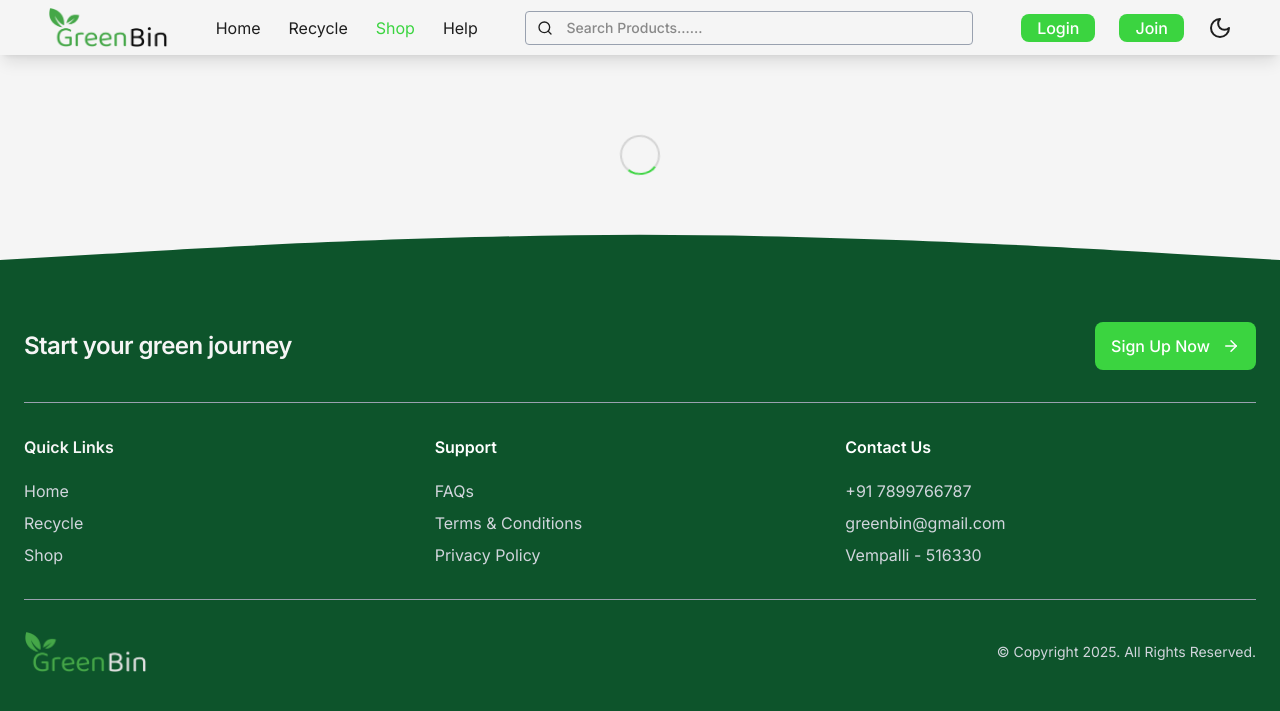
Repository: Siddhu123456/Plastic-Waste-Management
Page: /shop (app in frontend/)
The author's editor kept a copy of each file at every save. The page is drawn from the files as they stood at one save, then again after the next save.
The browser window is 1280 px wide. The pictures show the whole page.
The page's requests for data from a server got no answer. The project was rebuilt for these pictures with package versions that can differ from the ones it lists, and the page was loaded fresh each time. No one was signed in, and anything a server would have sent is missing. Also part of the build but not shown: frontend/vite.config.js, frontend/src/components/ProductCard.jsx, frontend/src/components/TrendingProductsCarousel.jsx, frontend/src/pages/Home.jsx, frontend/src/pages/customer/Recycle.jsx, frontend/src/components/CartItemCard.jsx, frontend/src/pages/customer/Cart.jsx, frontend/src/components/Modal.jsx and 13 more. Imported but missing from the stored project, and not drawn on this page: frontend/src/pages/Help, frontend/src/pages/customer/WishList.

Above is the page before, as saved 2025-05-06 16:34:53.

After the next save:
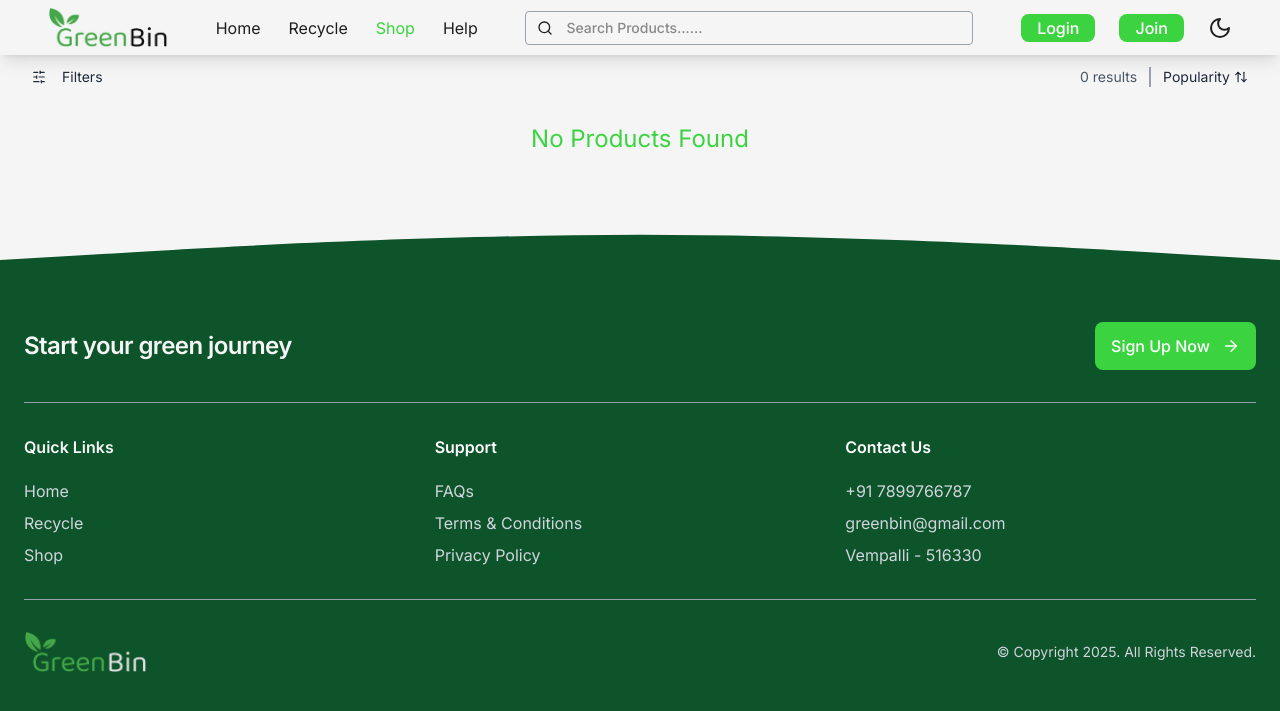
Saved 12 s later.
--- a/frontend/src/pages/customer/Shop.jsx
+++ b/frontend/src/pages/customer/Shop.jsx
@@ -8,7 +8,7 @@ const Shop = () => {
 
   const [filterOpen, setFilterOpen] = useState(false)
   const [products, setProducts] = useState([])
-  const [loading, setLoading] = useState(true)
+  const [loading, setLoading] = useState(false)
 
   useEffect(() => {
     fetch("http://localhost:8080/api/product/all")
